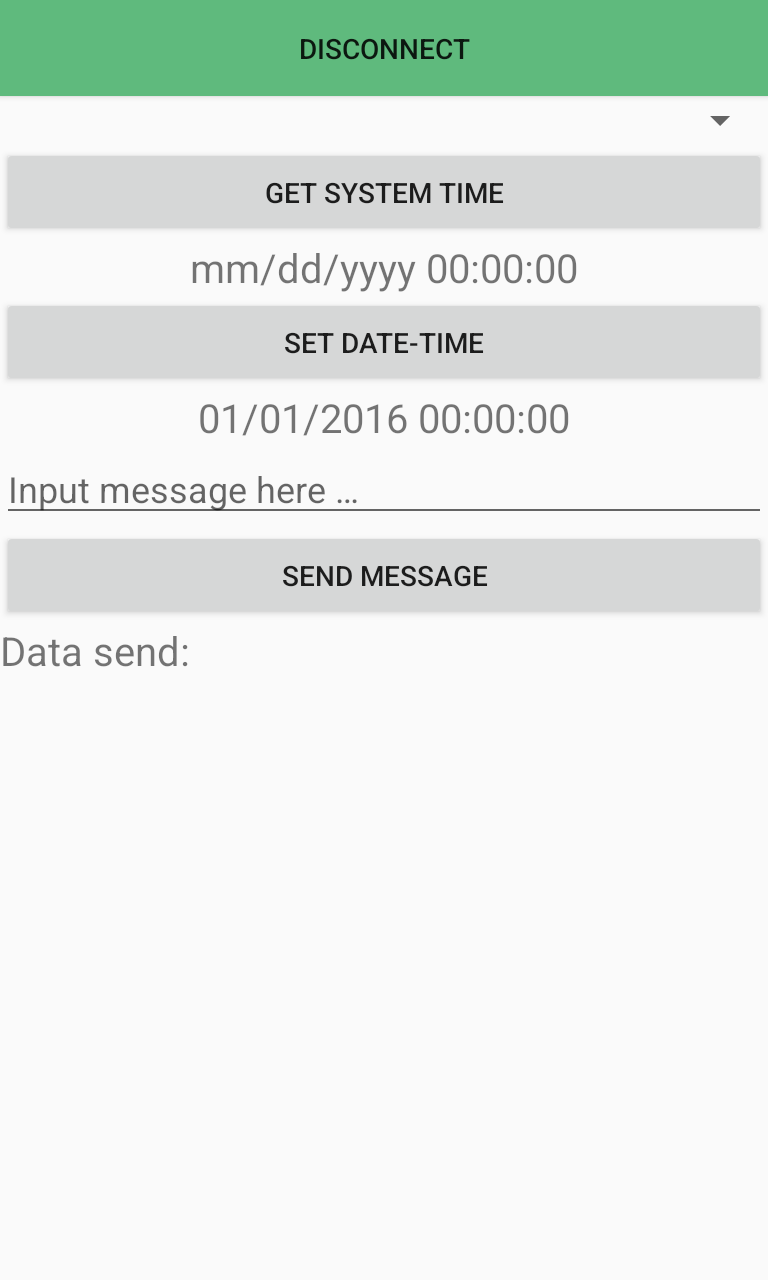
Repository: FisherKei/EclipseWorkspace
Layout: PIC_HC05_DS1307/PIC_HC06_DS1307/res/layout/timer_ds1307.xml
An editor plug-in stored every save of this project. The layout is shown before and after the next save, followed by the edit.
It is drawn on a 768 x 1280 px phone screen (xhdpi) without system bars, with theme AppTheme; the app's code is not run.

Above is the layout before, as saved 2016-06-27 12:55:52.

### PIC_HC05_DS1307/PIC_HC06_DS1307/res/layout/timer_ds1307.xml
<LinearLayout xmlns:android="http://schemas.android.com/apk/res/android"
    xmlns:tools="http://schemas.android.com/tools"
    android:id="@+id/LinearLayout1"
    android:layout_width="match_parent"
    android:layout_height="match_parent"
    android:orientation="vertical" >

    <Button
        android:id="@+id/btnDisconnect"
        android:layout_width="match_parent"
        android:layout_height="wrap_content"
        android:background="#5FBA7D"
        android:textSize=""
        android:text="@string/strBTDisconnect"/>

    <Spinner
        android:id="@+id/spinSetTimezone"
        android:layout_width="match_parent"
        android:layout_height="wrap_content" />

    <Button
        android:id="@+id/btnGetSysTime"
        android:layout_width="match_parent"
        android:layout_height="wrap_content"
        android:text="@string/strBtnGetSysTime"/>


    <TextView
        android:id="@+id/txtvSysTime"
        android:layout_width="wrap_content"
        android:layout_height="wrap_content"
        android:layout_gravity="center_horizontal"
        android:text="@string/strTimerVal"
        android:textSize="20sp" />

    <Button
        android:id="@+id/btnSetDateTime"
        android:layout_width="match_parent"
        android:layout_height="wrap_content"
        android:text="@string/strBtnSetDateTime"/>

    <TextView
        android:id="@+id/txtvTimeSelected"
        android:layout_width="wrap_content"
        android:layout_height="wrap_content"
        android:layout_gravity="center_horizontal"
        android:text="@string/strInitialDateTime"
        android:textSize="20sp" />

    <EditText
        android:id="@+id/editMessage"
        android:layout_width="match_parent"
        android:layout_height="wrap_content"
        android:singleLine="true"
        android:hint="@string/strSendMessage"/>

    <Button
        android:id="@+id/btnSendMessage"
        android:layout_width="match_parent"
        android:layout_height="wrap_content"
        android:text="@string/strBtnSend"/>

    <TextView
        android:layout_width="match_parent"
        android:layout_height="wrap_content"
        android:text="@string/strTxtvShowSendData"
        android:textSize="20sp" />

    <ScrollView
        android:layout_width="match_parent"
        android:layout_height="wrap_content">

        <TextView
            android:id="@+id/txtvMessages"
            android:layout_width="match_parent"
            android:layout_height="wrap_content"
            android:text=""/>
    </ScrollView>


</LinearLayout>

### PIC_HC05_DS1307/PIC_HC06_DS1307/res/values/strings.xml
<?xml version="1.0" encoding="utf-8"?>
<resources>

    <string name="app_name">PIC_HC06_DS1307</string>
    <string name="action_settings">Settings</string>
    <string name="title_activity_led_control">ledControl</string>
	<string name="strTimerVal">mm/dd/yyyy 00:00:00</string>
    <string name="strBtnGetSysTime">Get System Time</string>
    <string name="strBtnSetDateTime">Set Date-Time</string>
    <string name="strInitialDateTime">01/01/2016 00:00:00</string>
    <string name="strTxtvShowSendData">Data send:</string>
    <string name="strTabDate">DATE</string>
    <string name="strTabTime">TIME</string>
    <string name="strBTDisconnect">Disconnect</string>
    <string name="strSendMessage">Input message here &#8230;</string>
    <string name="strBtnSend">Send message</string>
    <string name="strBtnPaired">Paired Devices</string>

</resources>

Loaded but not shown: PIC_HC05_DS1307/PIC_HC06_DS1307/res/values/styles.xml (common file); PIC_HC05_DS1307/PIC_HC06_DS1307/res/values-v11/styles.xml (common file); PIC_HC05_DS1307/PIC_HC06_DS1307/res/values-v14/styles.xml (common file)

After the next save:
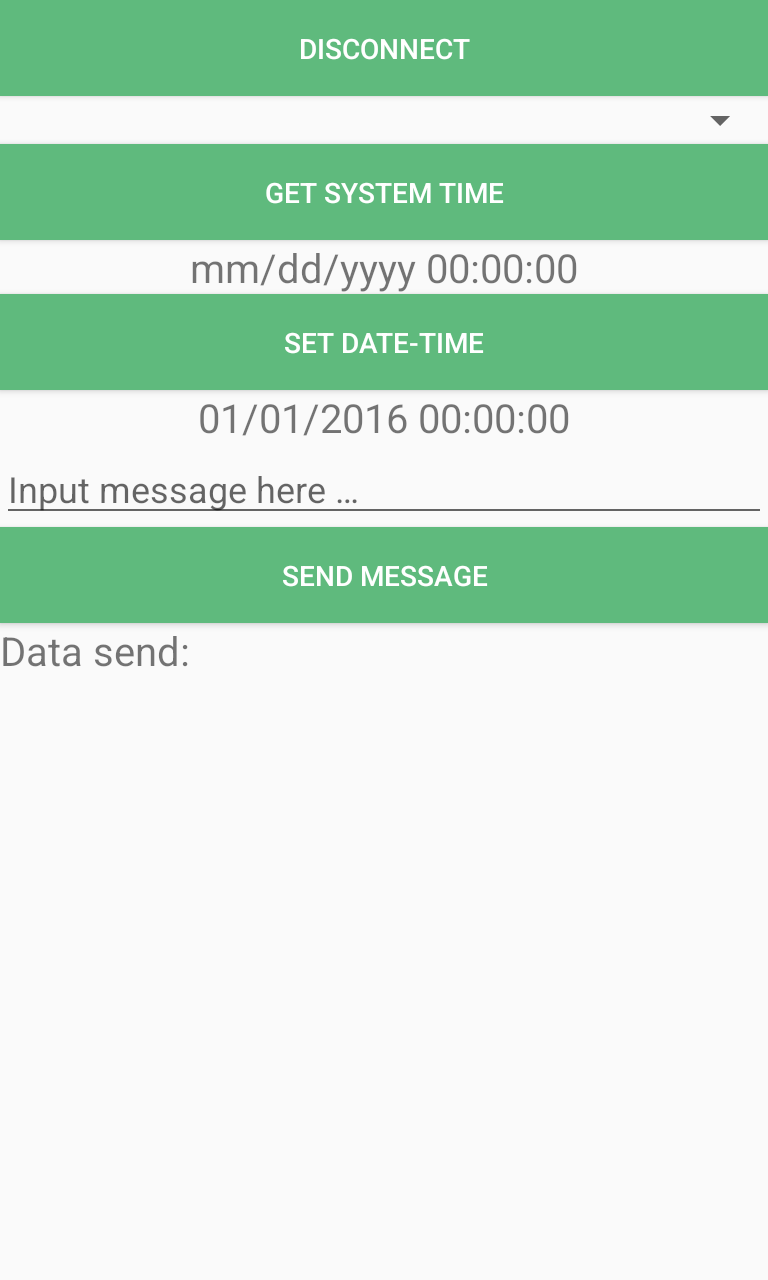
Saved 61 s later.
--- a/PIC_HC05_DS1307/PIC_HC06_DS1307/res/layout/timer_ds1307.xml
+++ b/PIC_HC05_DS1307/PIC_HC06_DS1307/res/layout/timer_ds1307.xml
@@ -10,7 +10,7 @@
         android:layout_width="match_parent"
         android:layout_height="wrap_content"
         android:background="#5FBA7D"
-        android:textSize=""
+        android:textColor="#ffffff"
         android:text="@string/strBTDisconnect"/>
 
     <Spinner
@@ -22,6 +22,8 @@
         android:id="@+id/btnGetSysTime"
         android:layout_width="match_parent"
         android:layout_height="wrap_content"
+        android:background="#5FBA7D"
+        android:textColor="#ffffff"
         android:text="@string/strBtnGetSysTime"/>
 
 
@@ -37,6 +39,8 @@
         android:id="@+id/btnSetDateTime"
         android:layout_width="match_parent"
         android:layout_height="wrap_content"
+        android:background="#5FBA7D"
+        android:textColor="#ffffff"
         android:text="@string/strBtnSetDateTime"/>
 
     <TextView
@@ -58,6 +62,8 @@
         android:id="@+id/btnSendMessage"
         android:layout_width="match_parent"
         android:layout_height="wrap_content"
+        android:background="#5FBA7D"
+        android:textColor="#ffffff"
         android:text="@string/strBtnSend"/>
 
     <TextView
